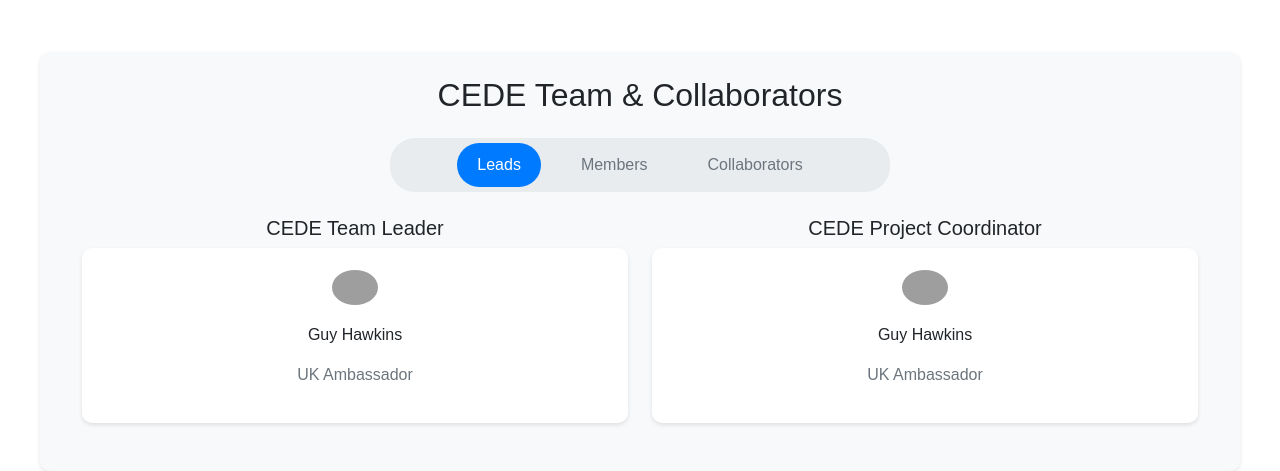
Repository: devashrisamani/CEDE-Website
Page: website/index.html
These files come from the project's save history. The page is drawn as it stood at one moment and after the next save; the edit follows.
The browser window is 1280 px wide. The pictures show the part of the page from y = 2597 to 3068 px (the page is 3068 px tall).
Pictures or frames that could not be fetched are drawn as grey boxes. A picture or video elsewhere on the page could not be fetched, so the positions and the page height are approximate.

Above is the page before, as saved 2024-06-19 16:43:10.
Console error: TypeError: Cannot read properties of null (reading 'addEventListener')

### website/index.html
<!DOCTYPE html>
<html lang="en">
  <head>
    <meta charset="UTF-8" />
    <meta name="viewport" content="width=device-width, initial-scale=1.0" />
    <title>Welcome to CEDE</title>
    <link
      href="https://cdn.jsdelivr.net/npm/bootstrap@5.1.3/dist/css/bootstrap.min.css"
      rel="stylesheet"
    />
    <link rel="stylesheet" href="styles.css" />
  </head>
  <body>
    <nav class="navbar navbar-expand-lg navbar-light bg-white">
      <div class="container-fluid">
        <a class="navbar-brand" href="#">CEDE</a>
        <button
          class="navbar-toggler"
          type="button"
          data-bs-toggle="collapse"
          data-bs-target="#navbarNavAltMarkup"
          aria-controls="navbarNavAltMarkup"
          aria-expanded="false"
          aria-label="Toggle navigation"
        >
          <span class="navbar-toggler-icon"></span>
        </button>
        <div
          class="collapse navbar-collapse justify-content-end"
          id="navbarNavAltMarkup"
        >
          <div class="navbar-nav">
            <a class="nav-link active" href="#">Home</a>
            <a class="nav-link" href="#">Matrix Selection</a>
            <a class="nav-link" href="#">FAQs</a>
            <a class="nav-link" href="#">Glossary</a>
          </div>
        </div>
      </div>
    </nav>

    <div class="welcome-section text-center mt-5 px-5">
      <header class="mb-5">
        <h5 class="text-uppercase">
          Consensus for Experimental Design in Electromyography
        </h5>
        <h1>Welcome to CEDE</h1>
        <p>
          The Consensus for Experimental Design in Electromyography (CEDE)
          project is an international initiative, which aims to guide
          decision-making in recording, analysis, and interpretation of EMG
          across all applications including surface and invasive/intra-muscular
          methods and extends to guidance for specific applications.
        </p>
      </header>
      <img
        src="your-image-placeholder.jpg"
        class="img-fluid"
        alt="Placeholder Image"
      />
    </div>

    <div class="why-cede-exists-container mt-5 p-4">
      <div class="container">
        <h3 class="text-center mb-4">Why CEDE Exists</h3>
        <div class="row align-items-center">
          <div class="col-md-6">
            <p>
              The major output of the project is the development of a series of
              matrices to provide guidance for planning and interpretation of
              EMG methods using a Delphi consensus process. Each matrix provides
              recommendations with detailed justification so the user
              (researcher performing the research, reviewer, user of the
              research data, etc.) is fully informed. An interactive tool per
              matrix helps the user arrive at the most appropriate method for
              their experimental context.
            </p>
          </div>
          <div class="col-md-6 text-center">
            <img src="matrix.jpg" class="img-fluid" alt="Matrix" />
          </div>
        </div>
        <div class="text-center mt-4">
          <a href="#" class="btn btn-primary">Access the Editorial Paper</a>
        </div>
      </div>
    </div>

    <div class="matrix-section-container mt-5 p-4">
      <div class="container">
        <h3 class="text-center mb-4">
          Select a Published Matrix to Learn More
        </h3>
        <div class="row text-center">
          <!-- Amplitude Normalization -->
          <div class="col-md-4 mb-4">
            <div class="card">
              <img
                src="amplitude.jpg"
                class="card-img-top"
                alt="Amplitude Normalization"
              />
              <div class="card-body">
                <h5 class="card-title">Amplitude Normalization</h5>
                <p class="card-text">
                  Includes a description of general considerations for
                  normalization, design features that should be reported,
                  definitions of each method, the pros and cons of each method,
                  and 10 experiment...
                </p>
              </div>
            </div>
          </div>

          <!-- Electrode Selection -->
          <div class="col-md-4 mb-4">
            <div class="card">
              <img
                src="electrode.jpg"
                class="card-img-top"
                alt="Electrode Selection"
              />
              <div class="card-body">
                <h5 class="card-title">Electrode Selection</h5>
                <p class="card-text">
                  Includes a description of general design features and
                  considerations for each type of electrode; pros and cons of
                  each method; and four clusters of recommendations based on
                  common...
                </p>
              </div>
            </div>
          </div>

          <!-- Terminology -->
          <div class="col-md-4 mb-4">
            <div class="card">
              <img
                src="terminology.jpg"
                class="card-img-top"
                alt="Terminology"
              />
              <div class="card-body">
                <h5 class="card-title">Terminology</h5>
                <p class="card-text">
                  Includes the definitions for physiological and technical terms
                  that are common in EMG research, with key information on each
                  definition provided in a comment section, and an extensive
                  Appendix...
                </p>
              </div>
            </div>
          </div>

          <!-- HDsEMG -->
          <div class="col-md-6 mb-4">
            <div class="card">
              <img src="hdsemg.jpg" class="card-img-top" alt="HDsEMG" />
              <div class="card-body">
                <h5 class="card-title">High-density surface electromyograph</h5>
                <p class="card-text">
                  Presents consensus statements regarding the use of HDsEMG. The
                  matrix is organized according to three main applications of
                  the technique (regional activation, muscle fiber properties,
                  and single motor unit activity), for each we included general
                  considerations and definitions, recommendations on electrode
                  montage, typ...
                </p>
              </div>
            </div>
          </div>

          <!-- SMU -->
          <div class="col-md-6 mb-4">
            <div class="card">
              <img src="smu.jpg" class="card-img-top" alt="SMU" />
              <div class="card-body">
                <h5 class="card-title">Single Motor Unit</h5>
                <p class="card-text">
                  Presents consensus statements regarding the recording and
                  analysis of SMU activity with both invasive and non-invasive
                  methods. The matrix is organized in 4 tables – the first table
                  provides considerations for electrode type, summarizing their
                  advantages and disadvantages when used during different
                  test...
                </p>
              </div>
            </div>
          </div>
        </div>
      </div>
    </div>

    <div class="team-section-container mt-5 p-4">
      <div class="container">
        <h3 class="text-center mb-4">CEDE Team & Collaborators</h3>
        <div class="toggle-buttons text-center mb-4">
          <button class="btn btn-toggle active" onclick="showSection('leads')">
            Leads
          </button>
          <button class="btn btn-toggle" onclick="showSection('members')">
            Members
          </button>
          <button class="btn btn-toggle" onclick="showSection('collaborators')">
            Collaborators
          </button>
        </div>
        <div id="leads" class="team-section">
          <div class="row text-center">
            <div class="col-md-6 mb-4">
              <h5 class="font-weight-bold">CEDE Team Leader</h5>
              <div class="card">
                <div class="card-body">
                  <img
                    src="team_leader.jpg"
                    class="rounded-circle mb-3"
                    alt="Team Leader"
                    width="50"
                  />
                  <p class="font-weight-bold">Guy Hawkins</p>
                  <p class="text-muted">UK Ambassador</p>
                </div>
              </div>
            </div>
            <div class="col-md-6 mb-4">
              <h5 class="font-weight-bold">CEDE Project Coordinator</h5>
              <div class="card">
                <div class="card-body">
                  <img
                    src="project_coordinator.jpg"
                    class="rounded-circle mb-3"
                    alt="Project Coordinator"
                    width="50"
                  />
                  <p class="font-weight-bold">Guy Hawkins</p>
                  <p class="text-muted">UK Ambassador</p>
                </div>
              </div>
            </div>
          </div>
        </div>
        <div id="members" class="team-section d-none">
          <div class="row text-center">
            <div class="col-md-6 mb-4">
              <h5 class="font-weight-bold">CEDE Member</h5>
              <div class="card">
                <div class="card-body">
                  <img
                    src="member.jpg"
                    class="rounded-circle mb-3"
                    alt="Member"
                    width="50"
                  />
                  <p class="font-weight-bold">Alice Johnson</p>
                  <p class="text-muted">Research Specialist</p>
                </div>
              </div>
            </div>
            <div class="col-md-6 mb-4">
              <h5 class="font-weight-bold">CEDE Member</h5>
              <div class="card">
                <div class="card-body">
                  <img
                    src="member.jpg"
                    class="rounded-circle mb-3"
                    alt="Member"
                    width="50"
                  />
                  <p class="font-weight-bold">Bob Smith</p>
                  <p class="text-muted">Lab Technician</p>
                </div>
              </div>
            </div>
          </div>
        </div>
        <div id="collaborators" class="team-section d-none">
          <div class="row text-center">
            <div class="col-md-6 mb-4">
              <h5 class="font-weight-bold">CEDE Collaborator</h5>
              <div class="card">
                <div class="card-body">
                  <img
                    src="collaborator.jpg"
                    class="rounded-circle mb-3"
                    alt="Collaborator"
                    width="50"
                  />
                  <p class="font-weight-bold">Jane Doe</p>
                  <p class="text-muted">Industry Expert</p>
                </div>
              </div>
            </div>
            <div class="col-md-6 mb-4">
              <h5 class="font-weight-bold">CEDE Collaborator</h5>
              <div class="card">
                <div class="card-body">
                  <img
                    src="collaborator.jpg"
                    class="rounded-circle mb-3"
                    alt="Collaborator"
                    width="50"
                  />
                  <p class="font-weight-bold">John Lee</p>
                  <p class="text-muted">Field Specialist</p>
                </div>
              </div>
            </div>
          </div>
        </div>
      </div>
    </div>

    <script src="script.js"></script>
    <script src="https://cdn.jsdelivr.net/npm/bootstrap@5.1.3/dist/js/bootstrap.bundle.min.js"></script>
  </body>
</html>

### website/styles.css
body {
  font-family: Arial, sans-serif;
  margin: 0;
  padding: 0;
  background-color: #ffffff;
}

header {
  padding: 20px;
  text-align: center;
}

.navbar {
  border-bottom: 1px solid #cfcfcf;
  background-color: #ffffff;
}

header h1 {
  margin: 0;
  color: #333;
}

header p {
  color: #666;
}

.welcome-section {
  text-align: center;
  margin: 0 auto;
  max-width: 1100px;
  padding: 10px 20px;
}

.welcome-section h5 {
  margin: 0;
  font-weight: 700;
  color: #333;
  letter-spacing: 1px;
}

.welcome-section h1 {
  font-size: 2.5rem;
  margin-top: 20px;
  margin-bottom: 20px;
}

.welcome-section p {
  font-size: 1rem;
  line-height: 1.5;
  margin-bottom: 10px;
}

.welcome-section img {
  width: 100%;
  height: 400px;
  margin-top: 10px;
  border-radius: 20px;
}

.why-cede-exists-container {
  background-color: #f8f9fa; /* Light grey background */
  border-radius: 10px;
  padding: 40px; /* Add padding inside the container */
  box-shadow: 0 2px 4px rgba(0, 0, 0, 0.1); /* Optional: adds subtle shadow */
  margin: 0 auto; /* Center the container */
  max-width: 1000px; /* Set a max-width */
}

.why-cede-exists-container p {
  margin-bottom: 1rem;
  font-size: 1rem;
  line-height: 1.5;
}

.why-cede-exists-container .btn {
  font-size: 1rem;
  padding: 0.5rem 1rem;
  border-radius: 25px;
  border: 2px solid #007bff;
  background-color: white;
  color: #007bff;
  text-transform: uppercase;
}

.why-cede-exists-container .btn:hover {
  background-color: #007bff;
  color: white;
}
.team-section-container {
  background-color: #f8f9fa; /* Light grey background */
  border-radius: 10px;
  padding: 40px; /* Add padding inside the container */
  box-shadow: 0 2px 4px rgba(0, 0, 0, 0.1); /* Optional: adds subtle shadow */
  margin: 0 auto; /* Center the container */
  max-width: 1200px; /* Set a max-width */
}

.team-section-container h3 {
  font-size: 2rem;
}

.toggle-buttons {
  display: flex;
  justify-content: center;
  background-color: #e9ecef; /* Light grey background for the toggle container */
  border-radius: 25px;
  padding: 5px;
  max-width: 500px; /* Adjust this value to control the length */
  margin: 0 auto; /* Center the toggle buttons container */
}

.btn-toggle {
  background-color: transparent;
  border: none;
  padding: 10px 20px;
  margin: 0 10px;
  border-radius: 25px;
  cursor: pointer;
  font-size: 1rem;
  outline: none;
  color: #6c757d; /* Grey color for inactive buttons */
}

.btn-toggle.active {
  background-color: #007bff; /* Blue background for active button */
  color: #ffffff;
}

.card {
  border: none;
  background-color: transparent;
}

.card-body {
  background-color: #ffffff;
  border-radius: 10px;
  padding: 20px;
  box-shadow: 0 2px 4px rgba(0, 0, 0, 0.1);
}

.rounded-circle {
  border: 2px solid #ffffff;
}

### website/script.js
function selectOption(option) {
  console.log("Option selected:", option);
  // Add logic to handle the selected option, such as updating the page content
}

// page 2

function selectOption(option) {
  console.log("Option selected:", option);
  // Here, you can redirect to another page or load new content based on the option
}

function goBack() {
  window.history.back(); // This will take you to the previous page in the history stack
}

// Decision tree functions
const questions = [
  "Does your experiment involve comparisons between muscles or within muscles?",
  "Does your experiment involve comparisons between sessions or within a session?",
  "Does your experiment involve within-group comparisons or between-groups comparisons?",
  "Can your participants perform MVC?",
];

const responses = [
  ["Between muscles", "Within muscle"],
  ["Between sessions", "Within a session"],
  ["Within-group comparison", "Between-groups comparison"],
  ["Yes", "No"],
];

const decisionTree = {
  "Within muscle": {
    "Within a session": {
      "Within-group comparison": {
        Yes: "Experimental context 1: Amplitude comparison within a person and muscle, between conditions/tasks (within a session). *Without removing electrodes (1.1 - 1.6)",
      },
    },
  },
};

function getRecommendation(responses) {
  let node = decisionTree;
  for (let response of responses) {
    if (node[response]) {
      node = node[response];
    } else {
      return "No recommendation found for the given responses.";
    }
  }
  return node;
}

document.getElementById("get-recommendation").addEventListener("click", () => {
  const userResponses = [
    document.getElementById("q1-select").value,
    document.getElementById("q2-select").value,
    document.getElementById("q3-select").value,
    document.getElementById("q4-select").value,
  ];
  const recommendation = getRecommendation(userResponses);
  document.getElementById("recommendation").innerText = recommendation;
});

// CEDE Collaborations section

function showSection(sectionId) {
  const sections = document.querySelectorAll(".team-section");
  const buttons = document.querySelectorAll(".btn-toggle");
  sections.forEach((section) => {
    section.classList.add("d-none");
  });
  buttons.forEach((button) => {
    button.classList.remove("active");
  });
  document.getElementById(sectionId).classList.remove("d-none");
  document
    .querySelector(`button[onclick="showSection('${sectionId}')"]`)
    .classList.add("active");
}

After the next save:
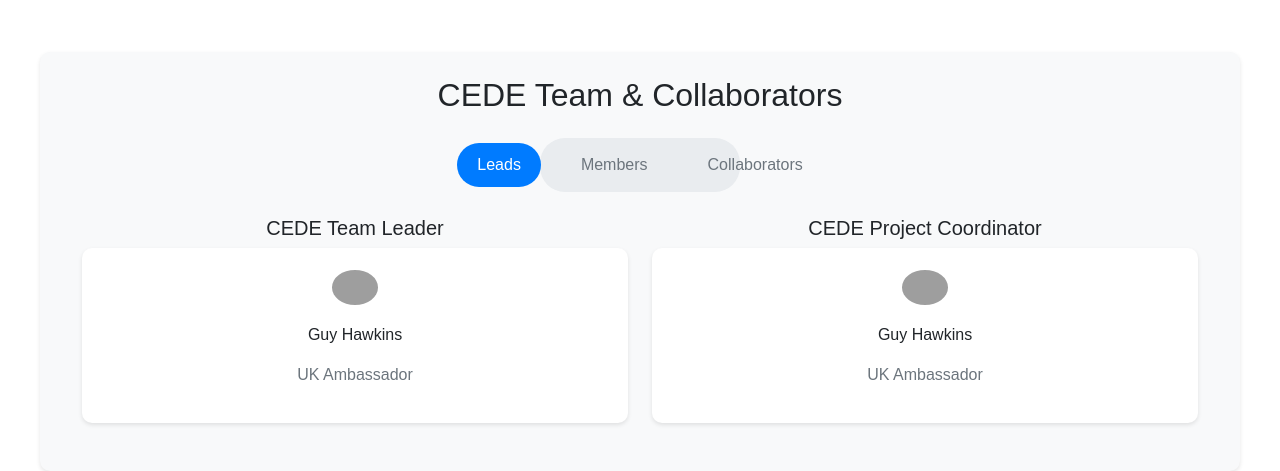
Saved 11 s later.
--- a/website/styles.css
+++ b/website/styles.css
@@ -105,7 +105,7 @@ header p {
   background-color: #e9ecef; /* Light grey background for the toggle container */
   border-radius: 25px;
   padding: 5px;
-  max-width: 500px; /* Adjust this value to control the length */
+  max-width: 200px; /* Adjust this value to control the length */
   margin: 0 auto; /* Center the toggle buttons container */
 }
 
